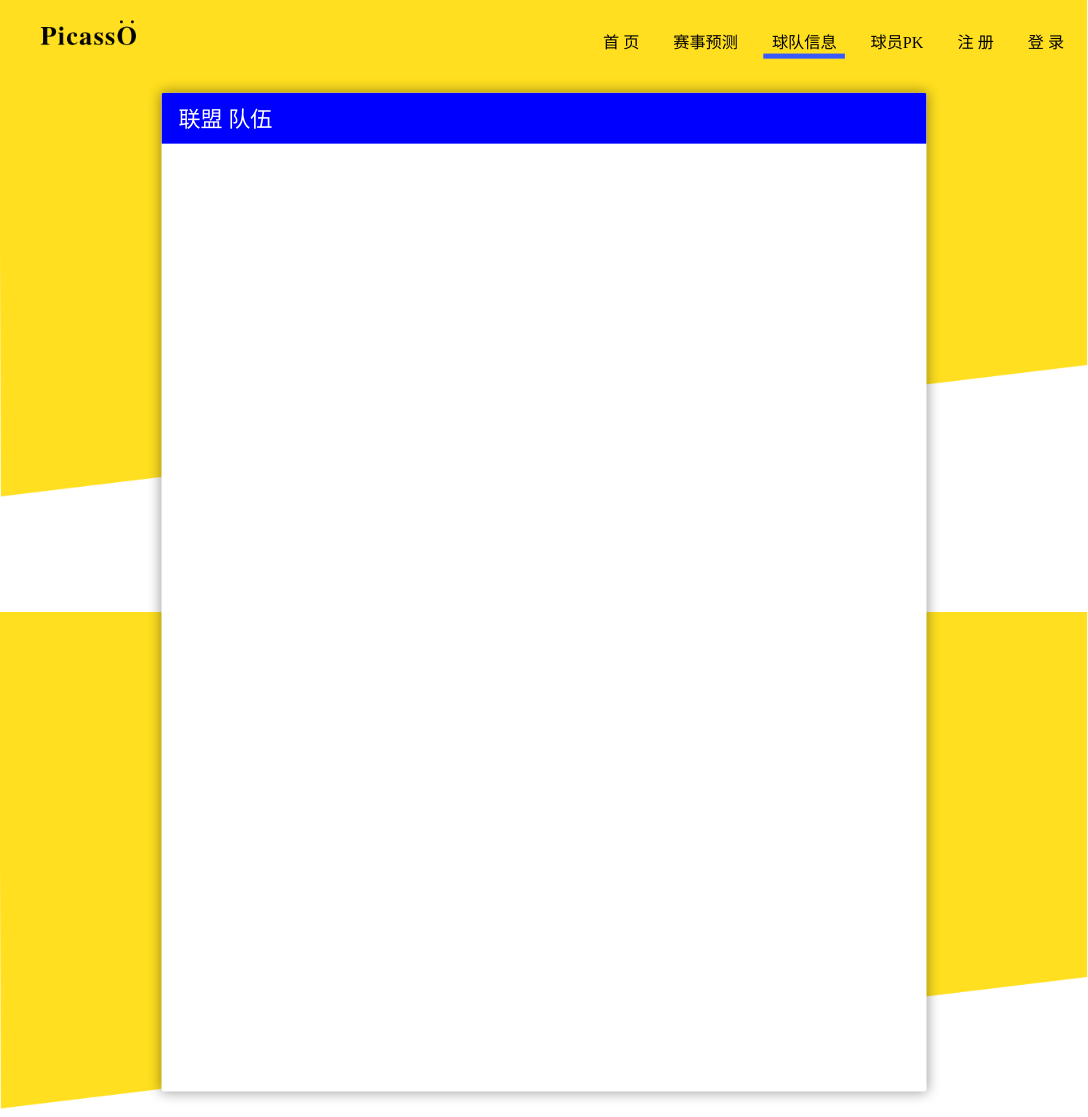
Repository: cciixx/nba-prediction-sys
Page: public/team_index.html
These files come from the project's save history. The page is drawn as it stood at one moment and after the next save; the edit follows.
The browser window is 1280 px wide. The pictures show the whole page, at 85% of full size.
The page's requests for data from a server got no answer. Backgrounds fixed to the window are drawn as part of the page.

Above is the page before, as saved 2020-04-03 21:19:39.

After the next save:
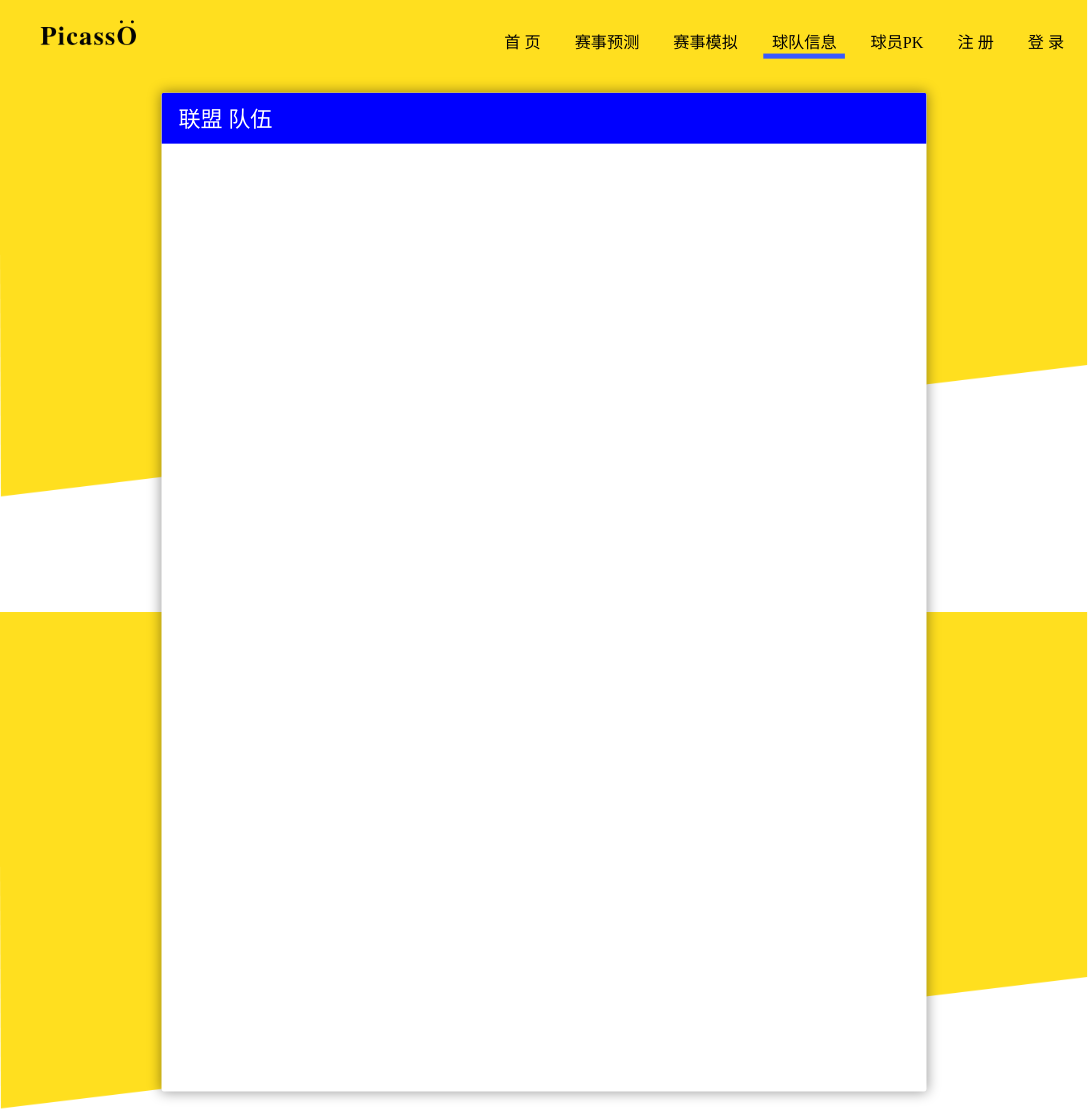
Saved 22 s later.
--- a/public/team_index.html
+++ b/public/team_index.html
@@ -1,44 +1,34 @@
 <!doctype html>
-<html lang="en, zh">
-
+<html>
 <head>
-    <meta charset="utf-8">
-    <title>NBA预测系统-球队信息</title>
-    <link href="/css/navl.css" rel="stylesheet" type="text/css">
-    <link href="/css/team_index.css" rel="stylesheet" type="text/css">
-    <script type="text/javascript" src="/JS/jquery-3.4.1.js"></script>
-    <script type="text/javascript" src="/JS/team_index.js"></script>
-    <style>
-        body {
-            background-image: url(/images/half_yellow.png);
-        }
-    </style>
+<meta charset="utf-8">
+<title>NBA预测系统-球队信息</title>
+    <link  href="css/navl.css" rel="stylesheet" type="text/css">
+    <link  href="css/team_index.css" rel="stylesheet" type="text/css">
+    <script type="text/javascript" src="./JS/jquery-3.4.1.js"></script>
+    <script type="text/javascript" src="./JS/team_index.js"></script>
+	<style>
+		body{background-image: url(images/half_yellow.png);}
+	</style>
 </head>
 
 <body>
     <div class="header">
-        <header>
-            <ul class='navl'>
-                <li><a href="login.html">登 录</a></li>
-                <li><a href="register.html">注 册</a></li>
-                <li><a href="PK_index.html">球员PK</a></li>
-                <li style="border-bottom: 6px solid #3a59fd;"><a href="team_index.html">球队信息</a></li>
-                <li><a href="predict.html">赛事预测</a></li>
-                <li><a href="first.html">首 页</a></li>
-                <img src="/images/logo.png" alt="PicassÖ">
-            </ul>
-        </header>
-    </div>
+        <ul class='navl'>
+            <li><a href="login.html">登 录</a></li>
+            <li><a href="register.html">注 册</a></li>
+            <li><a href="PK_index.html">球员PK</a></li>
+            <li style="border-bottom: 6px solid #3a59fd;"><a href="team_index.html">球队信息</a></li>
+            <li><a href="live_index.html">赛事模拟</a></li>
+            <li><a href="predict.html">赛事预测</a></li>
+            <li><a href="first.html">首 页</a></li>
+            <img src="images/logo.png">
+        </ul></div>
 
-    <div class="wrapper">
-        <main>
+        <div class="wrapper">
             <div class="team_bg">
-                <div class="list-title" , id='title'>
-                    <div style="padding: 10px;"><span>联盟 队伍</span></div>
-                </div>
-            </div>
-        </main>
+                <div class="list-title", id='title'><div style="padding: 10px;"><span>联盟 队伍</span></div></div>
+        </div>
     </div>
 </body>
-
 </html>
